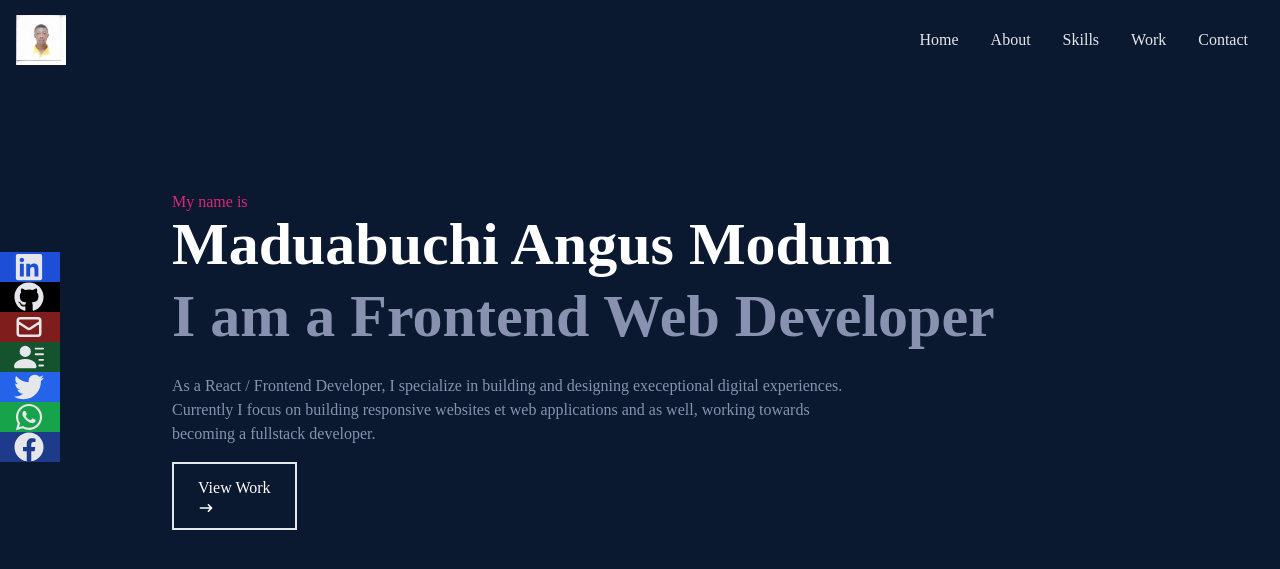
Repository: AngusOnyebuchi/Dashboard
Page: /
The author's editor kept a copy of each file at every save. The page is drawn from the files as they stood at one save, then again after the next save.
The browser window is 1280 px wide. The pictures show the whole page.
The project was rebuilt for these pictures with package versions that can differ from the ones it lists, and the page was loaded fresh each time.

Above is the page before, as saved 2022-04-13 22:42:49.

After the next save:
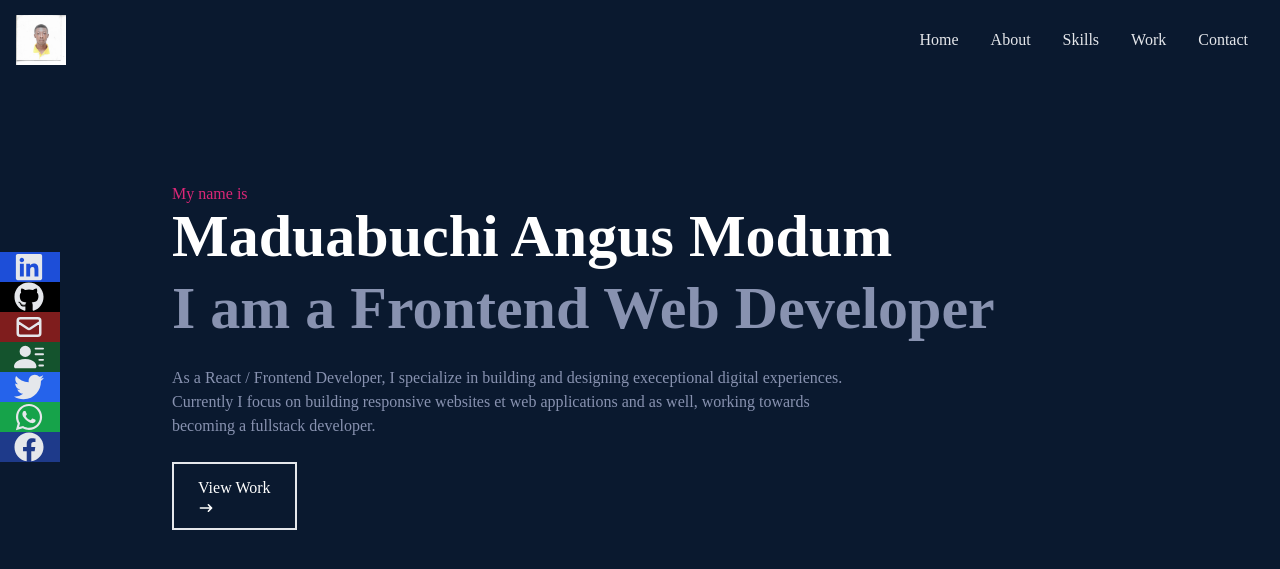
Saved 28 s later.
--- a/src/components/Home.js
+++ b/src/components/Home.js
@@ -12,7 +12,7 @@ export default function Home() {
                <h2 className="text-4xl sm:text-6xl font-bold text-[#8892b0] py-3">I am a Frontend Web Developer </h2>
                <p className="text-[#8892b0] py-4 max-w-[700px]">As a React / Frontend Developer, I specialize in building and designing execeptional digital experiences. Currently I focus on building responsive websites et web applications and as well, working towards becoming a fullstack developer.</p>
                <div>
-                   <button className="text-white border-2 px-6 py-3">View Work <HiArrowNarrowRight/> </button>
+                   <button className="text-white border-2 px-6 py-3 my-2">View Work <HiArrowNarrowRight/> </button>
                </div>
             </div>
         </div>
